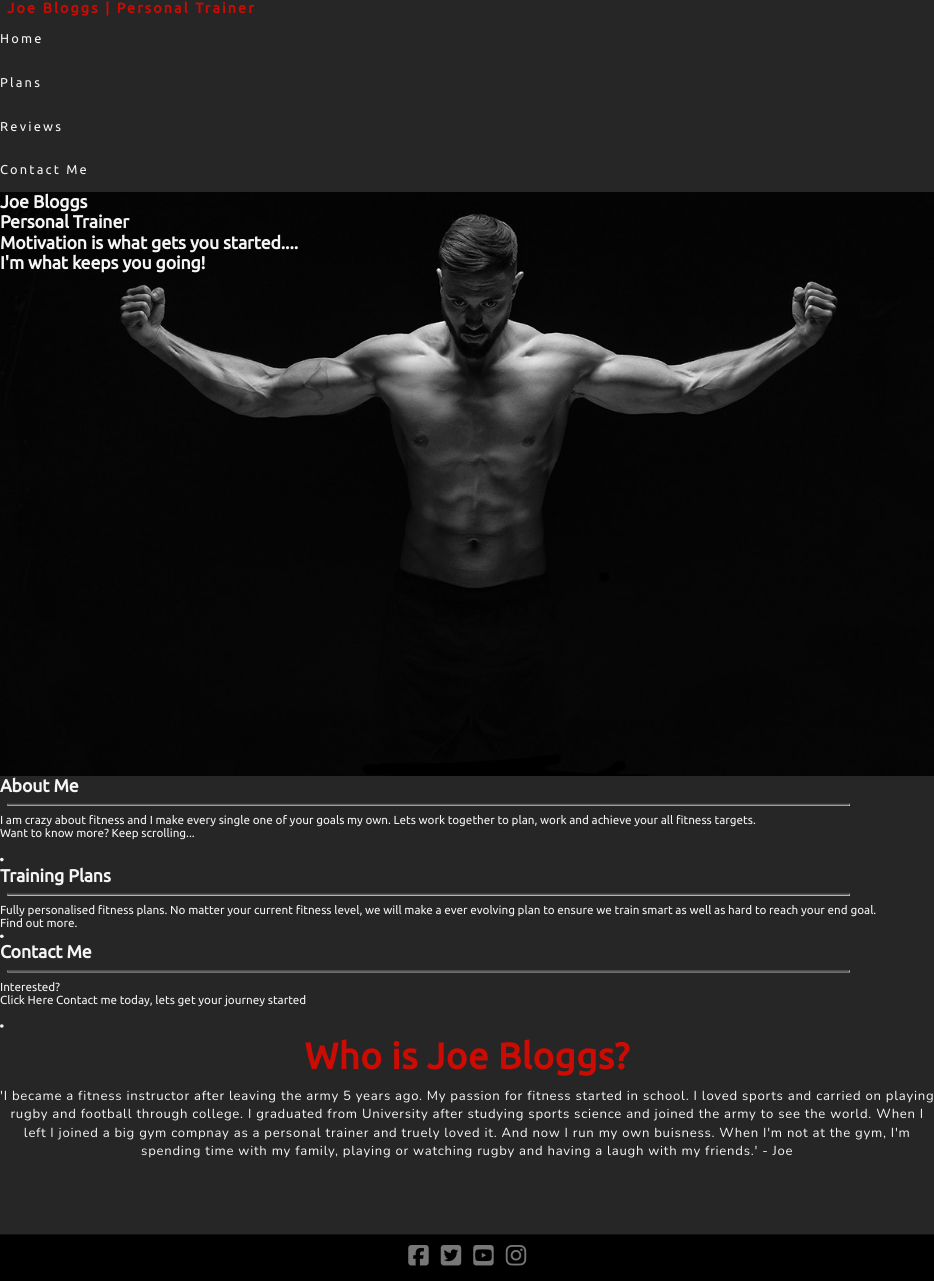
Repository: ClaireRoberts1403/Joe-Bloggs-Personal-Trainer
Page: html/index.html
The author's editor kept a record of every edit. The page is drawn from the files as they stood at one moment, then again after the next edit.
The browser window is 1280 px wide. The pictures show the whole page, at 73% of full size.
Some web fonts or font styles are not loaded; a fallback is used. Some web libraries are served in a nearby version.

Above is the page before.

### html/index.html
<!DOCTYPE html>
<html lang="en">

<head>
	<meta charset="UTF-8">
	<meta name="viewport" content="width=device-width, initial-scale=1.0">
	<meta http-equiv="X-UA-Compatible" content="ie=edge">
	<script src="https://kit.fontawesome.com/90ed803b97.js" crossorigin="anonymous"></script>
	<link rel="stylesheet" href="..//assets/style.css">
	<title>Joe Bloggs | Personal Trainer</title>
</head>

<body>
	<!-- Navbar -->
	<header>
		<nav>
			<ul id="menu">
				<h1 id="menulogo">Joe Bloggs | Personal Trainer</h1>
				<div class="menuright">
					<li>
						<a id="active" href="index.html">Home</a>
					</li>
					<li>
						<a href="plans.html">Plans</a>
					</li>
					<li>
						<a href="reviews.html">Reviews</a>
					</li>
					<li>
						<a href="contact.html">Contact Me</a>
					</li>


			</ul>
		</nav>
	</header>


	<!-- Hero Image -->
	<section id="hero">
		<div class="hero-image">
			<h1 id="hero-name">
				Joe Bloggs </h1>
			<h1 id="hero-title">
				Personal Trainer</h1>

			<h2 id="hero-quote">
				Motivation is what gets you started....<br> I'm what keeps you going!
			</h2>
		</div>
	</section>

	<!-- overview links -->
	<section id="about">

		<div class="about-me">
			<h2>About Me </h2>
			<hr>
			<p>I am crazy about fitness and I make every single one of your goals my own. Lets work together to plan, work and achieve your all fitness targets.</p>
			<p> Want to know more? Keep scrolling...</p>
			<br>
			<li class="indeximage1">
			</li>
		</div>
		<div class="about-plans">
			<h2>Training Plans </h2>
			<hr>
			<p>Fully personalised fitness plans. No matter your current fitness level, we will make a ever evolving plan to ensure we train smart as well as hard to reach your end goal.</p>
			<a href="plans.html" class="linkabout">Find out more.</a>
			<br>
			<li class="indeximage2">
			</li>
		</div>
		<div class="about-contact">
			<h2>Contact Me </h2>
			<hr>
			<p>Interested?<br>
				<a href="contact.html" class="linkabout">Click Here</a> Contact me today, lets get your journey started</p>
			<br>
			<li class="indeximage3">
			</li>
		</div>
	</section>

	<!-- Who Am I -->
	<section>
		<div id="history">
			<h1>Who is Joe Bloggs?</h1>
			<p>'I became a fitness instructor after leaving the army 5 years ago. My passion for fitness started in school. I loved sports and carried on playing rugby and football through college. I graduated from University after studying sports science and joined
				the army to see the world. When I left I joined a big gym compnay as a personal trainer and truely loved it. And now I run my own buisness. When I'm not at the gym, I'm spending time with my family, playing or watching rugby and having a laugh with
				my friends.' - Joe</p>
		</div>
	</section>

	<footer>
		<ul class="social-networks">
			<li><a href="http://www.facebook.com" target="_blank"><i class="fab fa-facebook-square"></i></a></li>
			<li><a href="http://www.twitter.com" target="_blank"><i class="fab fa-twitter-square"></i><a/></li>
			<li><a href="http://www.youtube.com" target="_blank"><i class="fab fa-youtube-square"></i><a/></li>
			<li><a href="http://www.instagram.com" target="_blank"><i class="fab fa-instagram"></i></a></li>
		</ul>
	</footer>

</body>

</html>

### assets/style.css
@import url('https://fonts.googleapis.com/css?family=Alatsi|Ubuntu&display=swap');
@import url('https://fonts.googleapis.com/css?family=Nunito&display=swap');



body {
    color: #f5f5f5;
    background-color: #262626;
    font-family: Ubuntu;

}

* {
    margin: 0;
    padding: 0;

}

.container-fluid {
    padding: 0;
    margin: 0;
}



dl,
ol,
ul {
    margin-bottom: 0;
}

/*---navbar---*/

#menulogo {
    font-size: 110%;
    color: #ca0c04;
    text-align: left;
    font-weight: bold;
    display: inline;
    letter-spacing: 3px;
    padding-left: 10px;
}

#menu {
    font-size: 110%;
    list-style-type: none;
    letter-spacing: 3px;
}

#menu li {
    list-style: none;
    line-height: 60px;
    padding-right: 10px;
    justify-content: flex-end;
}

#menu a {
    text-decoration: none;
    color: inherit;

}

#menu a:hover {
    border-bottom: 2px solid #ca0c04;
}

.active {
    border-bottom: 2px solid #595959;
}

.navbar-dark .navbar-nav .nav-link {
    text-align: right;

}

.navbar-toggler:focus,
.navbar-toggler:hover {
    text-decoration: none;
}

.navbar-dark .navbar-toggler {
    color: rgba(255, 255, 255, .5);
    border-color: #595959;
    text-align: right;

}

.navbar-dark .navbar-toggler:focus {
    border-color: #ca0c04;
    outline: none;
}

/*footer*/
footer {
    position: sticky;
}

.social-networks {
    text-align: center;
    background-color: black;
    position: absolute;
    width: 100%;
    height: 4rem;
}

.social-networks li {
    display: inline;
}

.social-networks i {
    font-size: 200%;
    margin-top: 0.2em;
    color: #777777;
    padding: 0.2em;
}

.social-networks i:hover {
    color: #ca0c04;
}

/*--- Hero Image Index page---*/

.hero-image {
    background: url("../images/hero2.jpg");
    width: 100%;
    background-position: center;
    background-repeat: no-repeat;
    background-size: cover;


}

.hero-text {
    padding-left: 8%;
    font-family: Alatsi;

}

.hero-name {
    font-size: 700%;
    color: #ca0c04;
    text-shadow: 3px 3px 3px black;
    padding-top: 160px;
    font-weight: bolder;

}

.hero-title {
    font-size: 300%;
    color: #ca0c04;
    text-shadow: 2px 2px 2px black;

}

.hero-quote {
    font-size: 250%;
    color: #f5f5f5;
    text-shadow: 1px 1px 2px black, 0 0 25px grey, 0 0 5px darkgrey;
    padding-bottom: 20px;

}

/*-- index page - about links --*/

.card-deck {
    justify-content: space-evenly;
}

.card-img-bottom {
    border-radius: 5px;
}

.card-footer {
    border-color: transparent;
    padding-top: 10px;
}

.card-footer p {
    padding-top: 8px;
}

.home {
    margin: 4% 8%;
    width: auto;
}

.about {
    line-height: 20px;
    padding: 10px 5px 0;

}

.about p {
    padding: 0 10px;
    font-family: nunito;
    letter-spacing: 0.5px;
}

.about:hover {
    box-shadow: 8px 8px 16px 8px rgba(0, 0, 0, 0.9);
}

.linkabout {
    text-decoration: none;
    color: #f5f5f5;
}

.linkabout:hover {
    border-bottom: 1px solid #ca0c04;
    text-decoration: none;
    color: #ca0c04;
}


hr {
    border-top: 2px solid #595959;
    width: 90%;
    margin: 10px;
    text-align: center;
}

#history {
    line-height: 25px;
    clear: both;
    margin-bottom: 8%;
    text-align: center;
    font-family: nunito;
    letter-spacing: 1px;
    font-size: large;

}

#history h1 {
    font-size: 275%;
    color: #ca0c04;
    padding: 20px 0;
    text-align: center;
    margin-bottom: 10px;
    font-family: Ubuntu;
}


/* plans */

.phero-name {
    font-size: 700%;
    color: #ca0c04;
    text-shadow: 3px 3px 3px black;
    padding-top: 70px;
    font-weight: bolder;

}

.phero-title {
    font-size: 250%;
    color: #ca0c04;
    text-shadow: 2px 2px 2px black;

}

.phero-quote {
    font-size: 200%;
    color: #f5f5f5;
    text-shadow: 1px 1px 2px black, 0 0 25px grey, 0 0 5px darkgrey;
}

.plans-image {
    background: url("../images/plans.jpg");
    height: 500px;
    width: 100%;
    background-position: center;
    background-repeat: no-repeat;
    background-size: cover;
    background-attachment: fixed;

}

.plans-image2 {
    background: url("../images/plans2.jpg");
    height: 500px;
    width: 100%;
    background-position: center;
    background-repeat: no-repeat;
    background-size: cover;
    background-attachment: fixed;

}

.plans-title {
    font-size: 600%;
    color: #ca0c04;
    text-align: center;
    padding-bottom: 4%;
    letter-spacing: 1px;
    font-family: Alatsi;
    text-shadow: 1px 1px 2px black;
}

.plans-quote {
    font-size: 150%;
    color: #ca0c04;
    text-align: center;
    margin-bottom: 4%;
    font-family: Nunito;
    letter-spacing: 0.8px;
    line-height: 1.5em;

}

.table {
    background-color: #262626;
    color: #f5f5f5;
    text-align: center;
}


.card {
    background-color: #262626;
    box-shadow: 3px 3px 10px 3px black;
    border-color: transparent;
    text-align: center;

}

.card:hover {
    box-shadow: 8px 8px 10px 1px rgba(0, 0, 0, 1);
}

#plans_description h1 {
    color: #ca0c04;
    text-align: center;
    padding-bottom: 4%;
    font-size: 400%;
    font-family: Alatsi;
    font-style: bold;
    text-shadow: 1px 1px 2px black;
}

#plans_description i {
    color: #f5f5f5;
}

#plans_description h5 {
    padding-bottom: 0.5em;
}


#footnote {
    color: #f5f5f5;
    text-align: center;
    padding: 20px 10px 0;

}

.download {
    text-align: center;
    font-size: 160%;
    margin-top: 25px;
    color: #fafafa;
    padding-left: 5px;
    margin-bottom: 25px;

}

a {
    color: #f5f5f5;


}

a:hover {
    color: #ca0c04;
}

.download:hover {
    color: #ca0c04;
    text-decoration: none;

}

.download-pdf i {
    font-size: 18px;
    color: #fafafa;
    text-align: center;
    padding-left: 5px;
}

/*reviews*/


.reviewtitlebg {
    background-color: black;
    padding-bottom: 10px;
}


#review-title {
    font-size: 600%;
    color: #ca0c04;
    padding-top: 4%;
    padding-bottom: 10px;
    font-weight: bold;
    font-family: Alatsi;
    text-align: center;
    margin-bottom: 20px;

}

#review-quote {
    font-size: 190%;
    text-align: center;
    margin-bottom: 4%;
    letter-spacing: 1px;
    word-spacing: 3px;

}



.desc {
    font-size: 110%;
    line-height: 25px;
    padding: 20px 10px 10px 10px;
    font-family: nunito;
    letter-spacing: 0.5px;

}

/*contact*/

#contact {
    background: url("../images/contact.jpg");
    width: 100%;
    background-position: center;
    background-repeat: no-repeat;
    background-size: cover;
    padding-top: 50px;
    margin-top: 6px;
    padding-bottom: 20px;
    text-align: center;

}

#contact-title {
    font-size: 400%;
    color: #ca0c04;
    text-shadow: 1px 1px 2px black;
    padding-top: 1px;
    font-weight: bold;
    font-family: Alatsi;
    text-align: center;
    margin-bottom: 30px;

}


.contactform {
    width: 70%;
    margin-left: 15%;
    text-align:center;
    padding: 30px 10%;
    font-size: larger;
    color: #f5f5f5;
    font-weight: bold;
    background-color: rgba(0, 0, 0, 0.5);
}

.form-control:focus {
    box-shadow: 8px 8px 16px 0 rgba(0, 0, 0, 0.7);
    border-color: #595959;
}

.btn {
    background-color: #ca0c04;
    font-weight: bold;
    font-family: inherit;
    color: #f5f5f5;

}

.btn:focus {
    box-shadow: 8px 8px 16px 0 rgba(0, 0, 0, 0.7);
}


/*----- Media Queries------*/

@media (min-width: 1030px) {

    .hero-image {
        height: 800px;
    }

}

@media (min-width: 1400px) {

    .hero-image {
        height: 1200px;
    }
}


 @media screen and (min-width: 480px) and (max-width: 1024px) {
     #contact {
         height:900px;
     }
 }

     @media screen and (max-width: 768px) {
    .card-columns {
        column-count: 2;
    }
}

@media screen and  (min-width: 480px) and (max-width: 768px) {

    .contactform {
    width: 90%;
    margin-left: 5%;
    }
}

@media screen and (max-width: 668px) {
    .card-deck {
        flex-flow: column;
    }
     .card-columns {
        column-count: 1;
    }
}


@media screen and (max-width: 480px) {

    #media_display_table {
        display: none;
    }


    #menulogo {
        display: none;
    }

    .hero-image {
        height: 600px;

    }

    .hero-name {
        font-size: 550%;
        padding-top: 200px;
        padding-right: 8%;
    }

    .hero-title {
        font-size: 220%;

    }

    .hero-quote {
        font-size: 160%;
        padding-bottom: 4%;
        padding-right: 1%;
    }

    .plans-image {
        height: 670px;

    }
    .plans-image2 {
        height: 450px;

    }

    .phero-name {
        font-size: 500%;
        padding-top: 8%;
        line-height: 90px;
    }

    .phero-title {
        font-size: 180%;
        line-height: 90px;
    }

    .phero-quote {
        font-size: 120%;
        padding-right: 2%;

    }

    .plans-title {
        font-size: 270%;
    }

    .plans-quote {
        font-size: 120%;
        color: #f5f5f5;
    }

    .download {
        font-size: 110%;
    }

    #plans_description h1 {
        font-size: 240%;
    }

    #review-title {
        font-size: 500%;
    }

    #review-quote {
        font-size: 170%;
    }

     .contactform {
    width: 100%;
    margin: 0;
    }
}


@media screen and (max-width: 320px) {

    .hero-image {
        height: 500px;

    }

    .hero-name {
        padding-top: 150px;
        font-size: 400%;
    }

    .hero-quote {
        font-size: 160%;
        padding-bottom: 4%;
        padding-right: 1%;

    .plans-image {
        height: 550px;

    }
    .plans-image2 {
        height: 450px;

    }

    .phero-name {
        font-size: 400%;
        padding-top: 8%;
        line-height: 90px;
    }

    .phero-title {
        font-size: 180%;
        line-height: 90px;
    }

}

After the next edit:
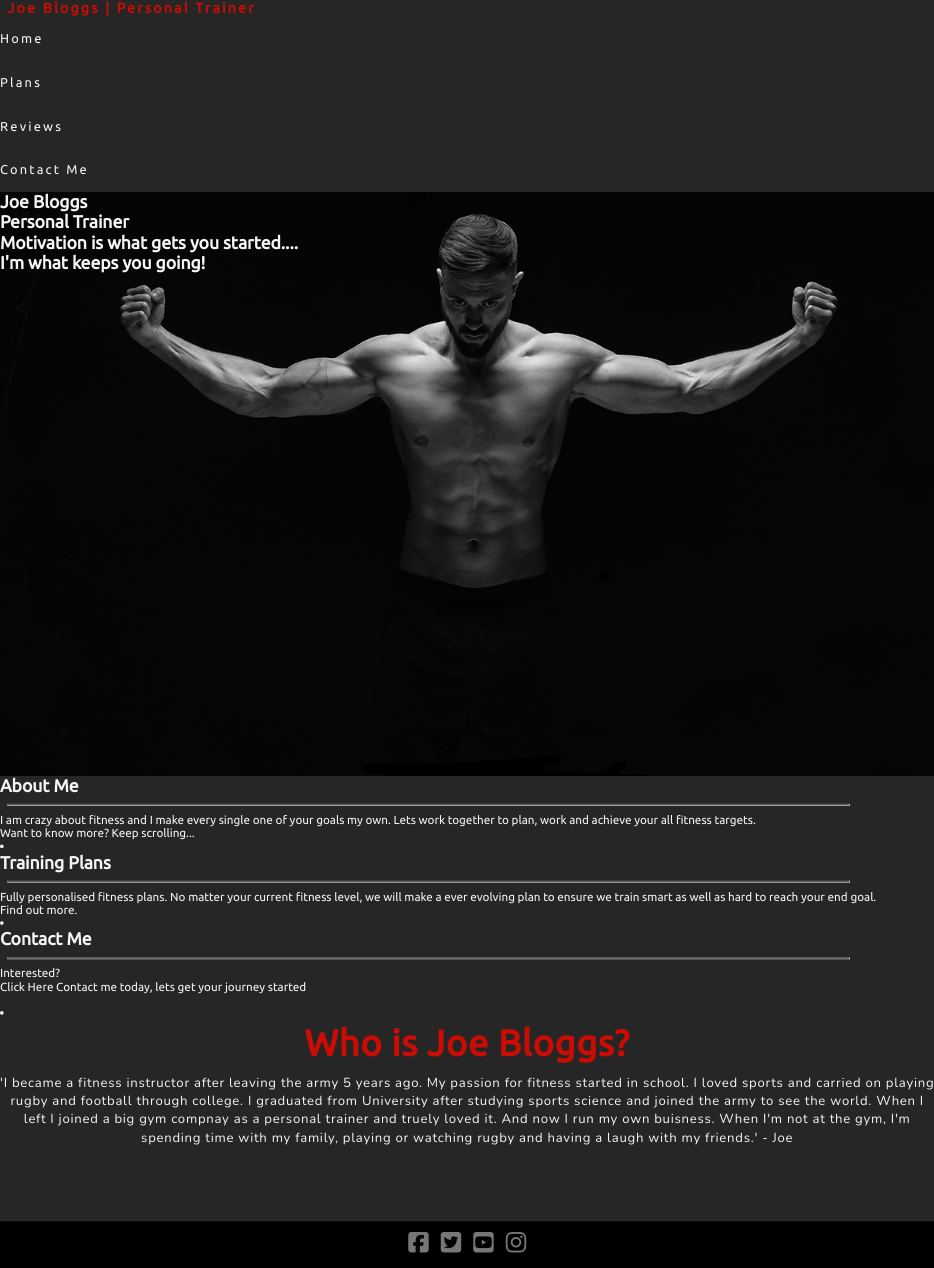
The edit:
--- a/html/index.html
+++ b/html/index.html
@@ -57,7 +57,7 @@
 			<h2>About Me </h2>
 			<hr>
 			<p>I am crazy about fitness and I make every single one of your goals my own. Lets work together to plan, work and achieve your all fitness targets.</p>
-			<p> Want to know more? Keep scrolling...</p>
+			<p> Want to know more? Keep scrolling...
 			<br>
 			<li class="indeximage1">
 			</li>
